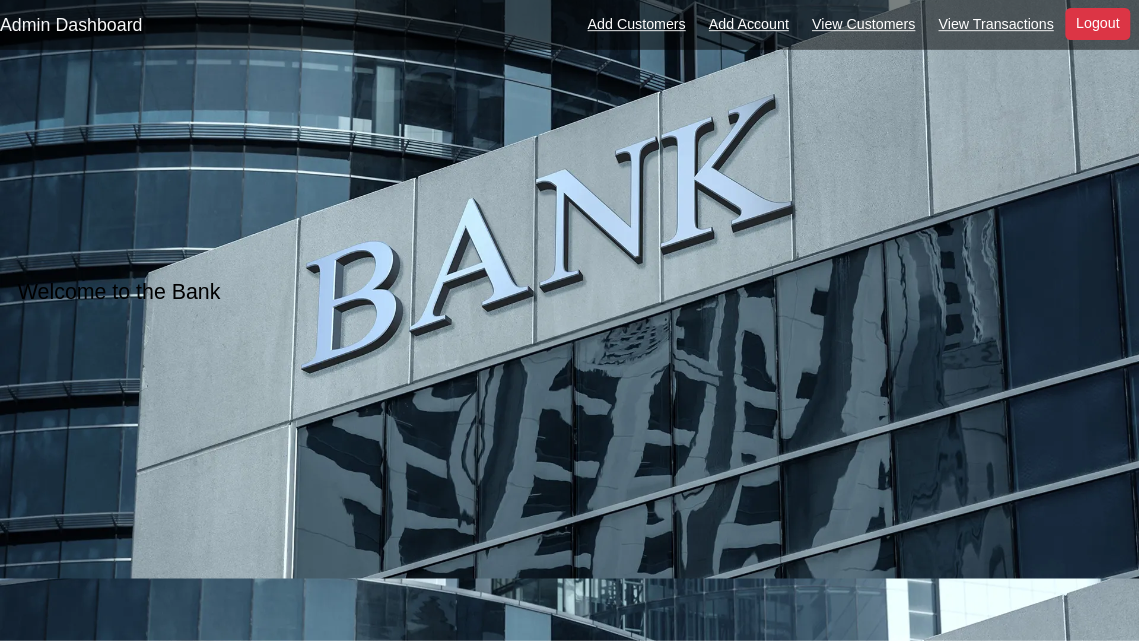
Repository: prathamsuhasia/swabhav-mini-project
Page: http://localhost/01-mini-project/Admin.jsp
An editor plug-in stored every save of this project. The page is shown before and after the next save, followed by the edit.
The browser window is 1280 px wide. The pictures show the whole page, at 89% of full size.
The page is served by Tomcat 9. The session is filled in as if someone had signed in: {"username": "testuser", "admin": "admin"}. Other server files are loaded and not shown.

Above is the page before, as saved 2024-08-15 16:16:40.

### 01-mini-project/WebContent/Admin.jsp
<%@ page language="java" contentType="text/html; charset=ISO-8859-1"
	pageEncoding="ISO-8859-1"%>
<%
	response.setHeader("Cache-Control", "no-cache, no-store, must-revalidate");
	response.setHeader("Pragma", "no-cache");
	response.setDateHeader("Expires", 0);
%>
<%
	HttpSession sessions = request.getSession(false);
	if (session == null || !"admin".equals(session.getAttribute("admin"))) {
		// No session or user not logged in, redirect to the login page
		response.sendRedirect("Index.jsp");
		return;
	}
%>
<!DOCTYPE html>
<html>
<head>
<meta http-equiv="Content-Type" content="text/html; charset=ISO-8859-1">
<title>Dashboard</title>
<link
	href="https://cdn.jsdelivr.net/npm/bootstrap@5.3.0/dist/css/bootstrap.min.css"
	rel="stylesheet">
<style>
body {
	background-image: url('Bank.webp');
	background-size: cover;
	background-position: center;
	color: #fff;
	font-family: Arial, sans-serif;
	position: relative;
    z-index: 1;
}

.navbar {
	background-color: rgba(0, 0, 0, 0.5);
	margin-bottom: 20px;
}

.navbar-brand {
	color: #f8f9fa;
}

.navbar-nav .nav-link {
	color: #f8f9fa !important;
}

.navbar-nav .nav-link:hover {
	color: #e9ecef !important;
}

.btn-logout {
	background-color: #dc3545;
	border: none;
	color: #fff;
	margin-right: 10px;
}

.btn-logout:hover {
	background-color: #c82333;
	color: #fff;
}

.welcome-message {
	display: flex;
	align-items: center;
	color: black;
	height: 70vh;
	justify-content: flex-start;
	padding-left: 20px;
	font-size: 24px;
}

.container {
	background-color: rgba(0, 0, 0, 0.6);
	padding: 20px;
	border-radius: 10px;
}


</style>
</head>
<body>
	<nav class="navbar navbar-expand-lg">
		<a class="navbar-brand" href="#">Admin Dashboard</a>
		<div class="collapse navbar-collapse justify-content-end">
			<ul class="navbar-nav">
				<li class="nav-item">
					<form action="AdminController" method="post" class="nav-item">
						<button type="submit" name="action" value="AddCustomers"
							class="btn btn-link"style="color:white;">Add Customers</button>
					</form>
				</li>
				<li class="nav-item">
					<form action="AdminController" method="post" class="nav-item">
						<button type="submit" name="action" value="AddAccount"
							class="btn btn-link" style="color:white;">Add Account</button>
					</form>
				</li>
				<li class="nav-item">
					<form action="AdminController" method="post" class="nav-item">
						<button type="submit" name="action" value="ViewCustomers"
							class="btn btn-link" style="color:white;">View Customers</button>
					</form>
				</li>
				<li class="nav-item">
					<form action="AdminController" method="post" class="nav-item">
						<button type="submit" name="action" value="ViewTransactions"
							class="btn btn-link" style="color:white;">View Transactions</button>
					</form>
				</li>
				<li class="nav-item">
					<form action="LogoutServlet">
						<button type="submit" class="btn btn-logout">Logout</button>
					</form>
				</li>
			</ul>
		</div>
	</nav>

	<div class="welcome-message">Welcome to the Bank</div>

	<script src="https://code.jquery.com/jquery-3.6.0.min.js"></script>
	<script
		src="https://cdn.jsdelivr.net/npm/bootstrap@5.3.0/dist/js/bootstrap.bundle.min.js"></script>
</body>
</html>

After the next save:
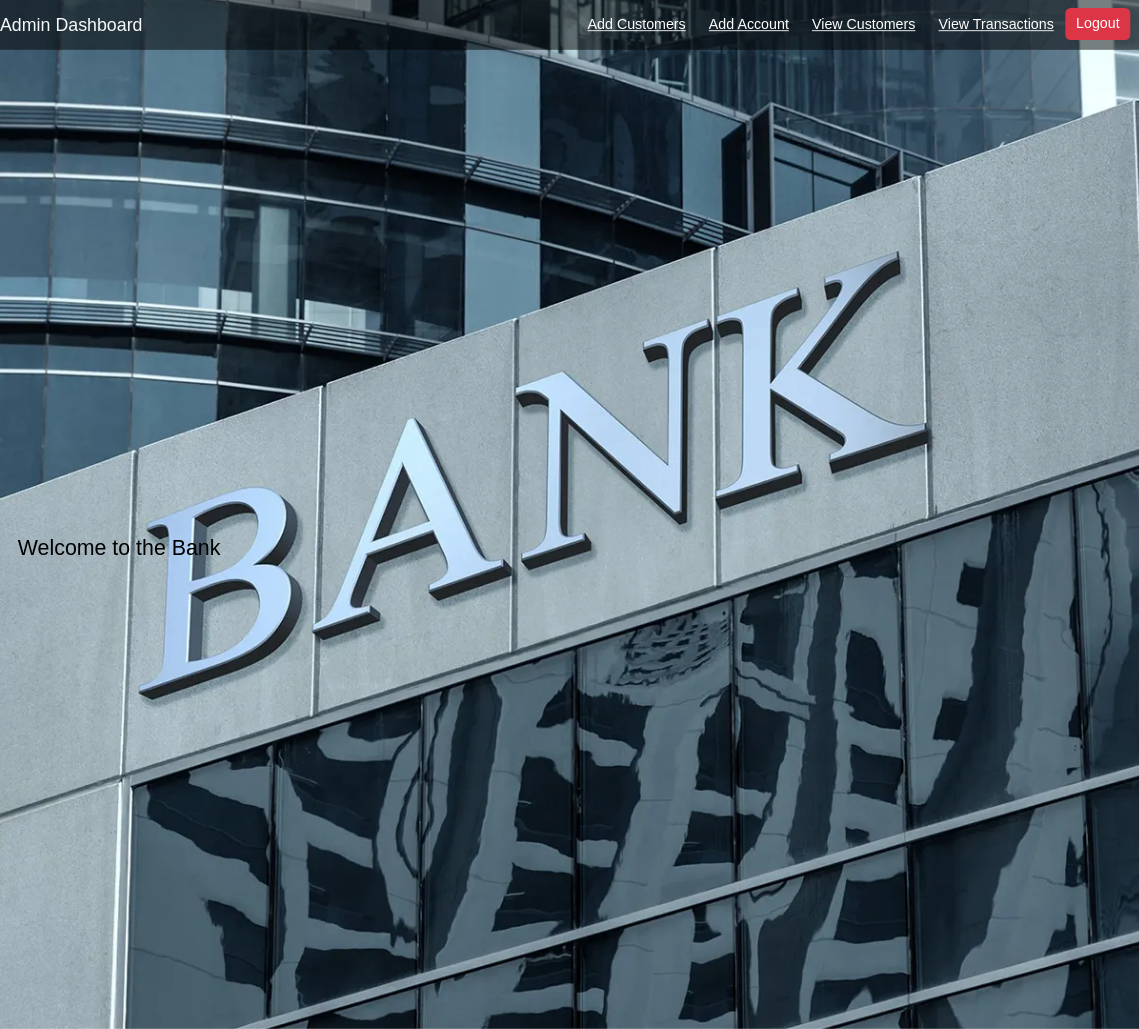
Saved 26 s later.
--- a/01-mini-project/WebContent/Admin.jsp
+++ b/01-mini-project/WebContent/Admin.jsp
@@ -65,7 +65,7 @@
 	display: flex;
 	align-items: center;
 	color: black;
-	height: 70vh;
+	height: 150vh;
 	justify-content: flex-start;
 	padding-left: 20px;
 	font-size: 24px;

After the save that followed:
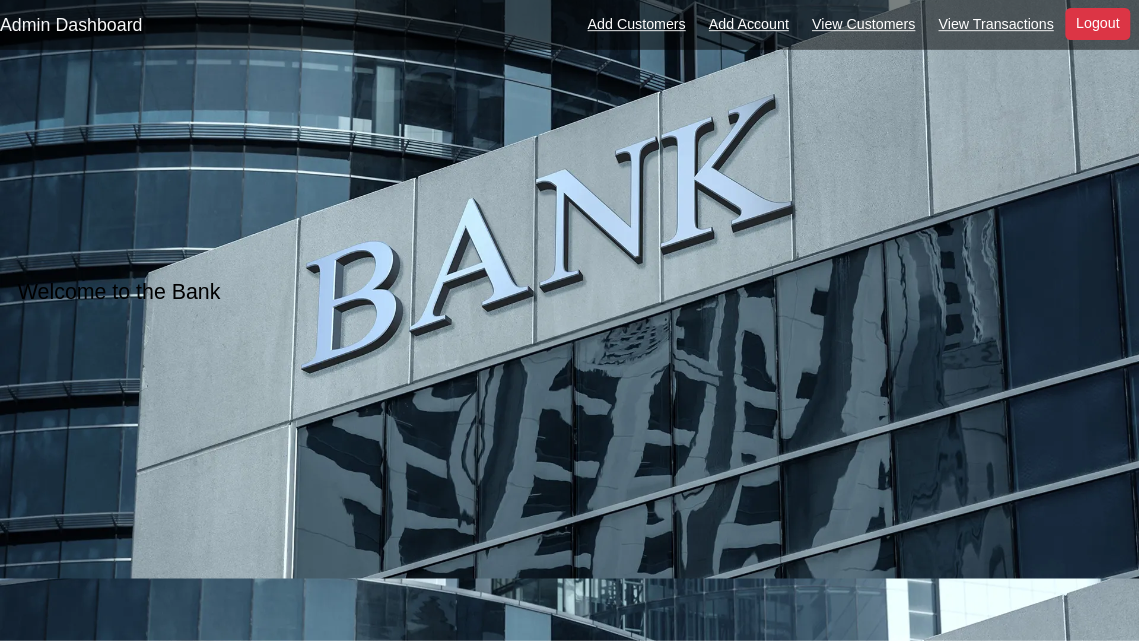
Saved 10 s later.
--- a/01-mini-project/WebContent/Admin.jsp
+++ b/01-mini-project/WebContent/Admin.jsp
@@ -65,7 +65,7 @@
 	display: flex;
 	align-items: center;
 	color: black;
-	height: 150vh;
+	height: 70vh;
 	justify-content: flex-start;
 	padding-left: 20px;
 	font-size: 24px;
